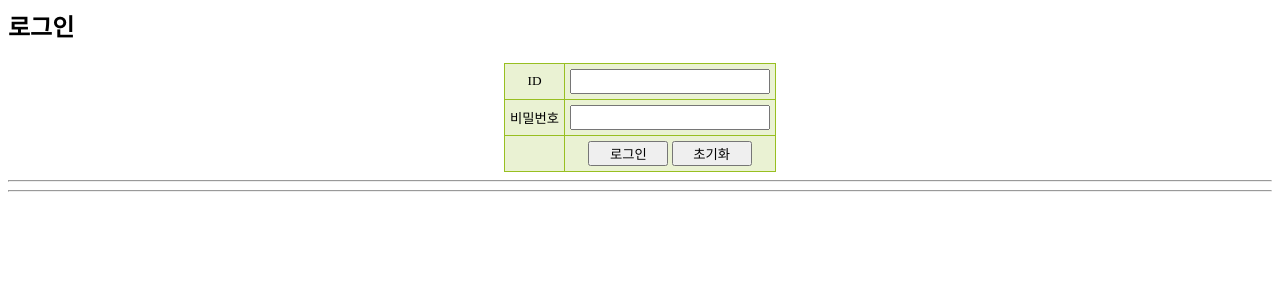
Repository: lmcoa15/Movie
Page: http://localhost/movie/user/user_login.jsp
An editor plug-in stored every save of this project. The page is shown before and after the next save, followed by the edit.
The browser window is 1280 px wide. The pictures show the whole page.
The page is served by Tomcat 9. Other server files are loaded and not shown.

Above is the page before, as saved 2015-12-07 17:49:33.

### workspace/movie/WebContent/user/user_login.jsp
<%@ page language="java" contentType="text/html; charset=UTF-8" pageEncoding="UTF-8"
	import="java.util.*,movie.admin.*" %>
    <link rel="stylesheet" href="../css/movie_list_css.css" type="text/css" media="screen" />
<!DOCTYPE html PUBLIC "-//W3C//DTD HTML 4.01 Transitional//EN" "http://www.w3.org/TR/html4/loose.dtd">
<html>
<head>
<meta http-equiv="Content-Type" content="text/html; charset=UTF-8">
<title>login</title>
</head>
<body>
<h2>로그인</h2>
	<form method ="post" action="user_login_process" name="form1">
	<table width="250" border="1"align="center" cellspacing="0"
												cellpadding="5">

	<tr>
		<td>ID</td>
		<td><input type="text" name="id_mem" size=10></td>
	</tr>

	<tr>
		<td>비밀번호</td>
		<td><input type="password" name="password" size=10></td>
	</tr>

	<tr>
		<td></td>
		<td><input type="button" name="login_button" value="로그인" size=1>
			<input type="reset" name="initialization_button" value="초기화" size=1>
		</td>
	</tr>
</table>

<hr><hr>


</body>
</html>

### workspace/movie/WebContent/css/movie_list_css.css
@charset "utf-8";

table{
		width:auto;
		border-collapse:collapse;
		text-align:center;
}

td,th{
		font-size:10pt;
		border:1px solid #98bf21;
		height:30px;
		padding:5px;
}

th{
		background-color:#A7C942;
		color:#ffffff;
		font-family:Georgia;
}

tr td{
		color:#000000;
		background-color:#EAF2D3;
}
input {
		height:25px;
		width:200px;
}
img {
	width:70px;
	height:70px;
}
input [type="submit"],[type="reset"],[type="button"]{
	height:25px;
	width:80px;
}

After the next save:
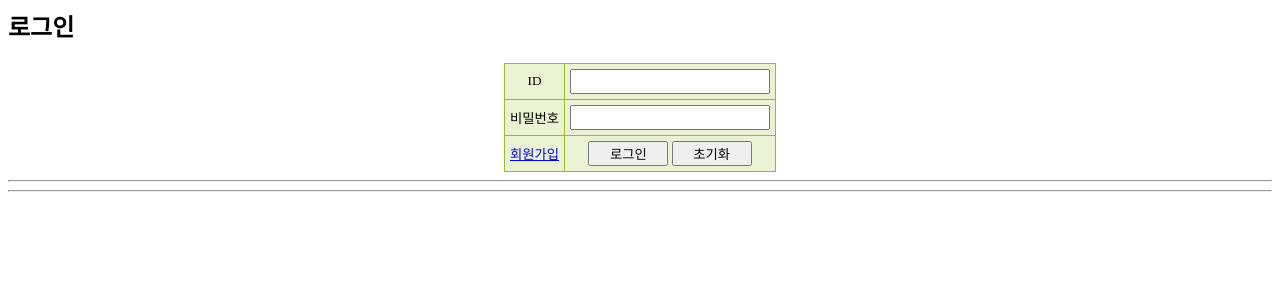
Saved 14 h 37 min later.
--- a/workspace/movie/WebContent/user/user_login.jsp
+++ b/workspace/movie/WebContent/user/user_login.jsp
@@ -24,7 +24,7 @@
 	</tr>
 
 	<tr>
-		<td></td>
+		<td><a href="user_membership.jsp">회원가입</a></td>
 		<td><input type="button" name="login_button" value="로그인" size=1>
 			<input type="reset" name="initialization_button" value="초기화" size=1>
 		</td>
